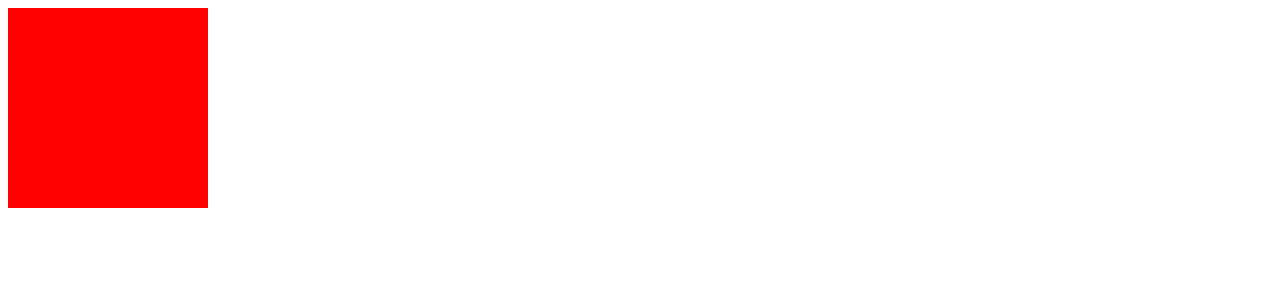
Repository: mariawasilewa-coca-cola/test1
Page: index.html
These files come from the project's save history. The page is drawn as it stood at one moment and after the next save; the edit follows.
The browser window is 1280 px wide. The pictures show the whole page.

Above is the page before, as saved 2021-11-04 18:45:07.

### index.html
<!DOCTYPE html>
<html>
    <head>
        <link rel="stylesheet" href="style.css"/>
    </head>
    <body>

        <div class="animation">

        </div>
    </body>
</html>

### style.css
.animation {
    width: 200px;
    height: 200px;
    background-color: red;
    animation-name: change-bg-color;
    animation-duration: 4s;
}

@keyframes change-bg-color {
    0% {
        background-color: red;
    }

    30% {
        background-color: green;
    }

    50% {
        background-color: yellow;
    }

    100% {
        background-color: black;
    }
}

After the next save:
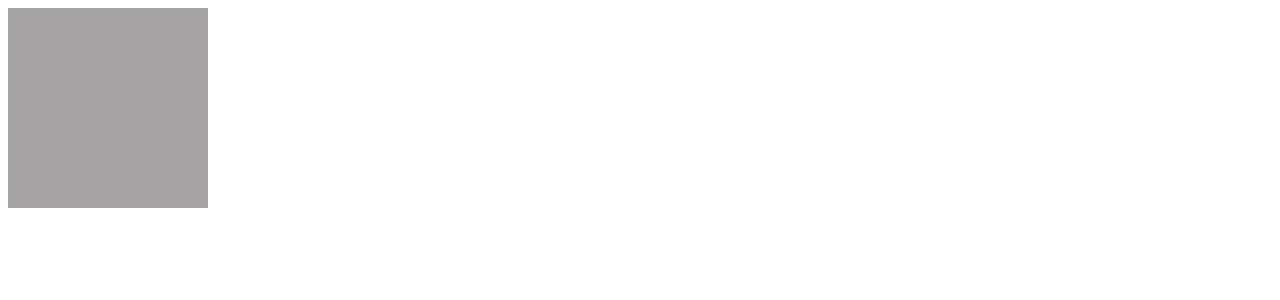
Saved 2 min 20 s later.
--- a/style.css
+++ b/style.css
@@ -4,6 +4,7 @@
     background-color: red;
     animation-name: change-bg-color;
     animation-duration: 4s;
+    animation-fill-mode: forwards;
 }
 
 @keyframes change-bg-color {
@@ -20,6 +21,6 @@
     }
 
     100% {
-        background-color: black;
+        background-color: rgb(168, 164, 164);
     }
 }
